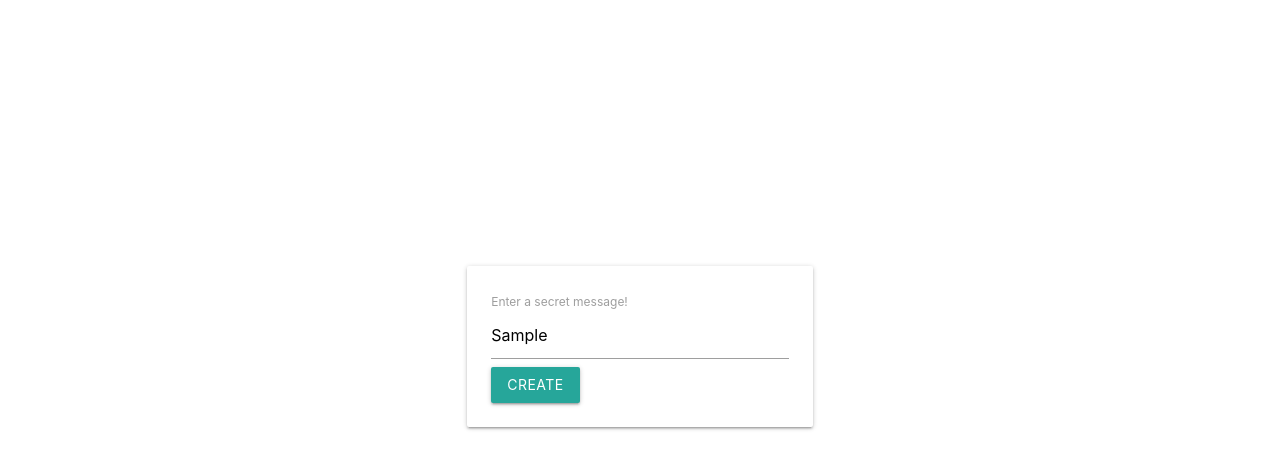
Repository: Sbethm/secret-message-sharing-app
Page: index.html
The author's editor kept a copy of each file at every save. The page is drawn from the files as they stood at one save, then again after the next save.
The browser window is 1280 px wide. The pictures show the whole page.
Empty fields were first filled with sample values (such as "Sample", 5 or name@example.com).
After loading, the first visible `form` was submitted once.

Above is the page before, as saved 2021-10-13 15:43:25.
Console error: ReferenceError: input is not defined

### index.html
<!DOCTYPE html>
<html lang="en">
<head>
    <meta charset="UTF-8">
    <meta http-equiv="X-UA-Compatible" content="IE=edge">
    <meta name="viewport" content="width=device-width, initial-scale=1.0">
    <link rel="stylesheet" href="https://cdnjs.cloudflare.com/ajax/libs/materialize/1.0.0/css/materialize.min.css">
    <title>Secret Message Sharing App with Friends!</title>
    <link rel="stylesheet" href="style.css">
</head>
<body>
    <div class="container">
        <div class="row">
            <div class="col s8 offset-s2">
                <div class="message-show hide">
                    <h1></h1>
                    <a href="./index.html">Create your own secret message</a>
                </div>
                <div class="card-panel card1">
                    <form>
                        <label>Enter a secret message!</label>
                        <input class='message-input'/>
                        <button class="btn">Create</button>
                    </form>
                </div>
                <div class="card-panel card2 hide">
                    Share this link with a friend
                    <input id="link-input" type="text" />
                </div>
            </div>
        </div>
    </div>
    <script src="apps.js"></script>
</body>
</html>

### style.css
.container {
    display: flex;
    width: 100vw;
    height: 100vh;
    align-items: center;
    justify-content: center;
}

### apps.js
const { hash } = window.location;

const message = atob(hash.replace('#', ''));

if(message) {

    document.querySelector('.message-show').classList.remove('hide');
    input.classList.add('hide');

    document.querySelector('h1').innerHTML = message;
}

document.querySelector('form').addEventListener('submit', event => {
    event.preventDefault();

    const encrypted = btoa(input.value);

    const link = document.querySelector('#link-input');
    link.value = `${window.location}#${encrypted}`;


    const card1 = document.querySelector('.card1');
    const card2 = document.querySelector('.card2');
    card1.classList.toggle('hide');
    card2.classList.toggle('hide');

    link.select();
})

After the next save:
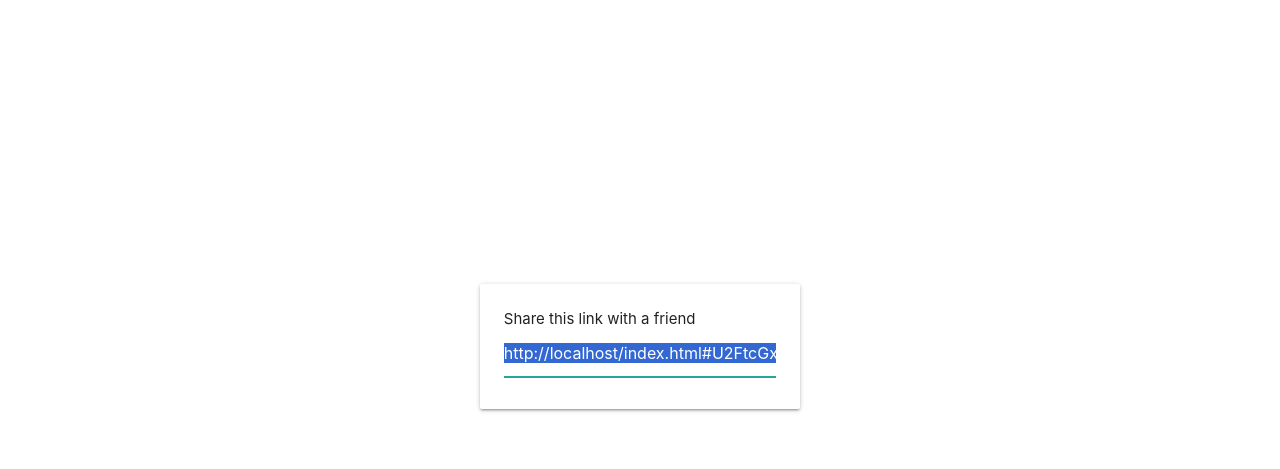
The error is gone.
Saved 4 s later.
--- a/apps.js
+++ b/apps.js
@@ -13,6 +13,7 @@
 document.querySelector('form').addEventListener('submit', event => {
     event.preventDefault();
 
+    const input = document.querySelector('.message-input');
     const encrypted = btoa(input.value);
 
     const link = document.querySelector('#link-input');
